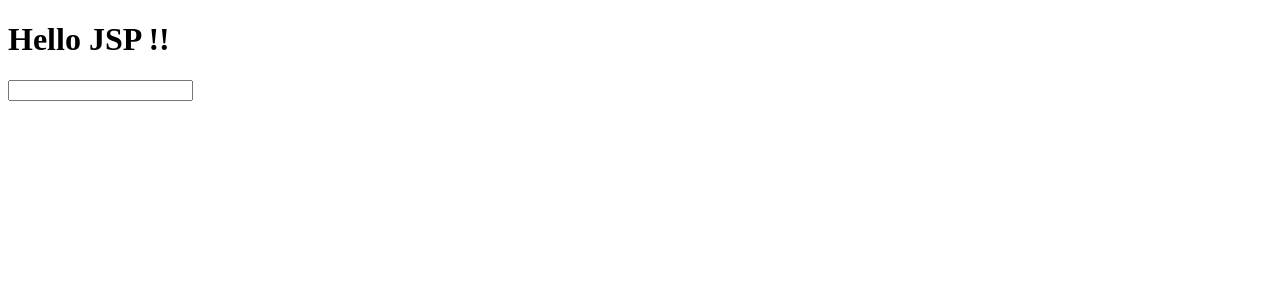
Repository: chandu3015/springBasicWorkSpace
Page: http://localhost/first-web-app/
An editor plug-in stored every save of this project. The page is shown before and after the next save, followed by the edit.
The browser window is 1280 px wide. The pictures show the whole page.
The page is served by Tomcat 9. Other server files are loaded and not shown.

Above is the page before, as saved 2019-01-22 01:07:23.

### first-web-app/src/main/webapp/WEB-INF/views/login.jsp
<%@ page language="java" contentType="text/html; charset=ISO-8859-1"
    pageEncoding="ISO-8859-1"%>
<!DOCTYPE html>
<html>
<head>
<meta charset="ISO-8859-1">
<title>Insert title here</title>
</head>
<body>
<h1>Hello JSP  ${name} !!</h1>

<form name ="loginForm" action="/login.do" method="post">
<input type="" />

</form>
</body>
</html>

### first-web-app/src/main/java/webapp/LoginServlet.java
package webapp;

import java.io.IOException;
import java.io.PrintWriter;

import javax.servlet.RequestDispatcher;
import javax.servlet.ServletException;
import javax.servlet.annotation.WebServlet;
import javax.servlet.http.HttpServlet;
import javax.servlet.http.HttpServletRequest;
import javax.servlet.http.HttpServletResponse;

/**
 * Servlet implementation class LoginServlet
 */
@WebServlet("/login.do")
public class LoginServlet extends HttpServlet {
	private static final long serialVersionUID = 1L;

    /**
     * @see HttpServlet#HttpServlet()
     */
    public LoginServlet() {
        super();
        // TODO Auto-generated constructor stub
    }

	/**
	 * @see HttpServlet#doGet(HttpServletRequest request, HttpServletResponse response)
	 */
	protected void doGet(HttpServletRequest request, HttpServletResponse response) throws ServletException, IOException {

		String name=request.getParameter("name");
		request.setAttribute("name", name);

		RequestDispatcher requestDispatcher= request.getRequestDispatcher("/WEB-INF/views/login.jsp");
		requestDispatcher.forward(request, response);

		/*
		PrintWriter out = response.getWriter();

		out.println("<html>");
		out.println("<head>");
		out.println("<title>Yahoo!!!!!!!!</title>");
		out.println("</head>");
		out.println("<body>");
		out.println("My First Servlet");
		out.println("</body>");
		out.println("</html>");
		*/
	}

	/**
	 * @see HttpServlet#doPost(HttpServletRequest request, HttpServletResponse response)
	 */
	protected void doPost(HttpServletRequest request, HttpServletResponse response) throws ServletException, IOException {
		// TODO Auto-generated method stub
		doGet(request, response);
	}

}

After the next save:
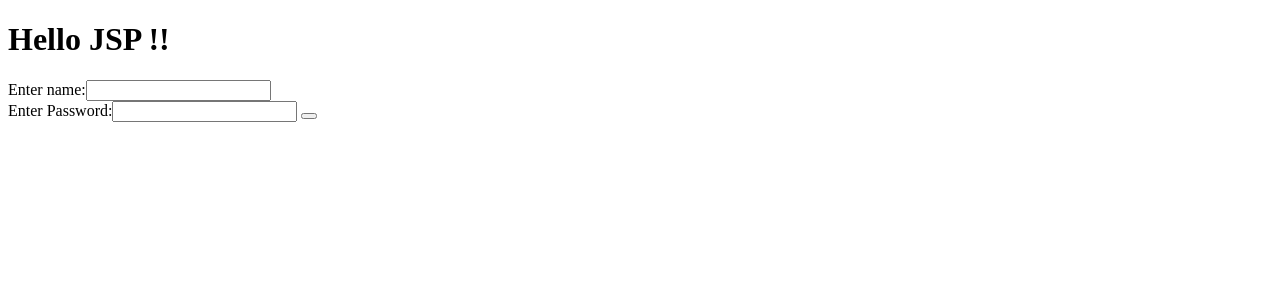
Saved 3 min 21 s later.
--- a/first-web-app/src/main/webapp/WEB-INF/views/login.jsp
+++ b/first-web-app/src/main/webapp/WEB-INF/views/login.jsp
@@ -10,8 +10,9 @@
 <h1>Hello JSP  ${name} !!</h1>
 
 <form name ="loginForm" action="/login.do" method="post">
-<input type="" />
-
+Enter name:<input  name="name" /> <br/>
+Enter Password:<input type="password" name="password" />
+<button type="submit" value="submit"></button>
 </form>
 </body>
 </html>
